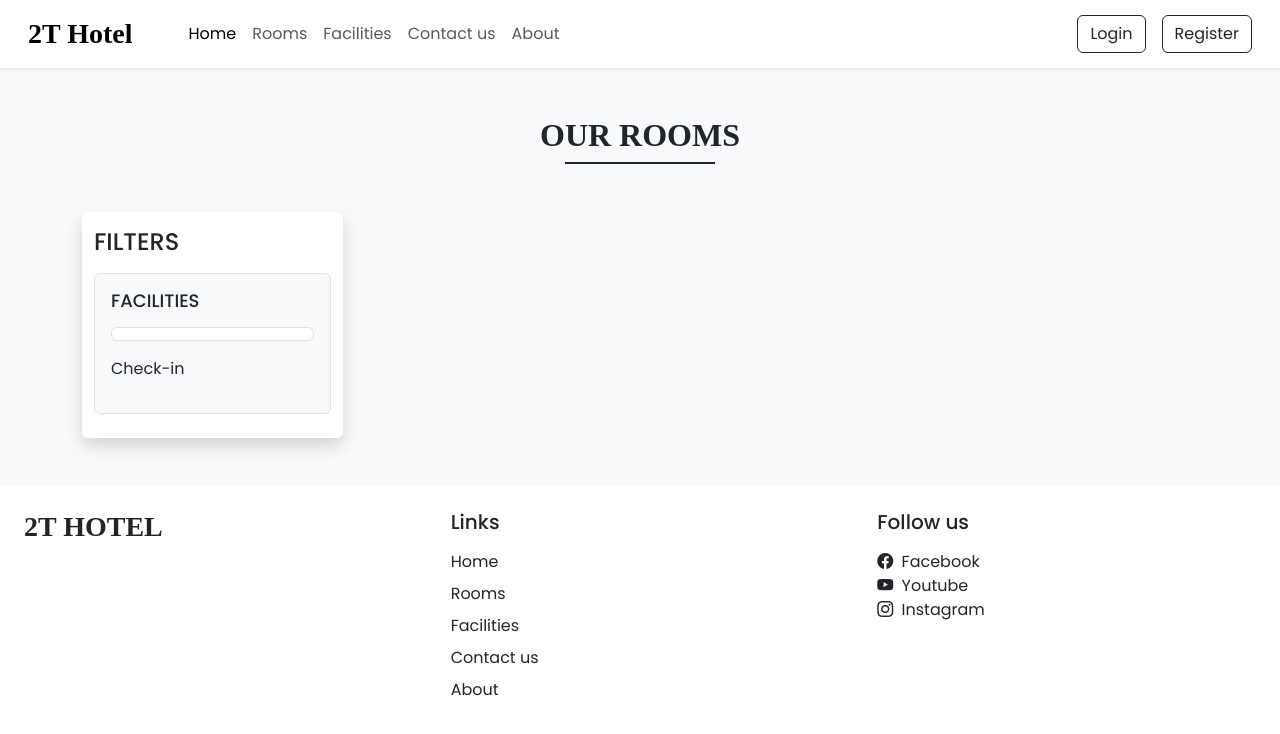
Repository: TaTongThanh2003/DoAnCoSo2024_BookingHotelWebsite
Page: http://localhost/WebsiteBookingHotel/rooms.php
An editor plug-in stored every save of this project. The page is shown before and after the next save, followed by the edit.
The browser window is 1280 px wide. The pictures show the whole page.
Some web fonts or font styles are not loaded; a fallback is used. The page is run by PHP 8.4 with error messages shown; the project is at /var/www/html/.

Above is the page before, as saved 2024-03-22 16:07:10.

After the next save:
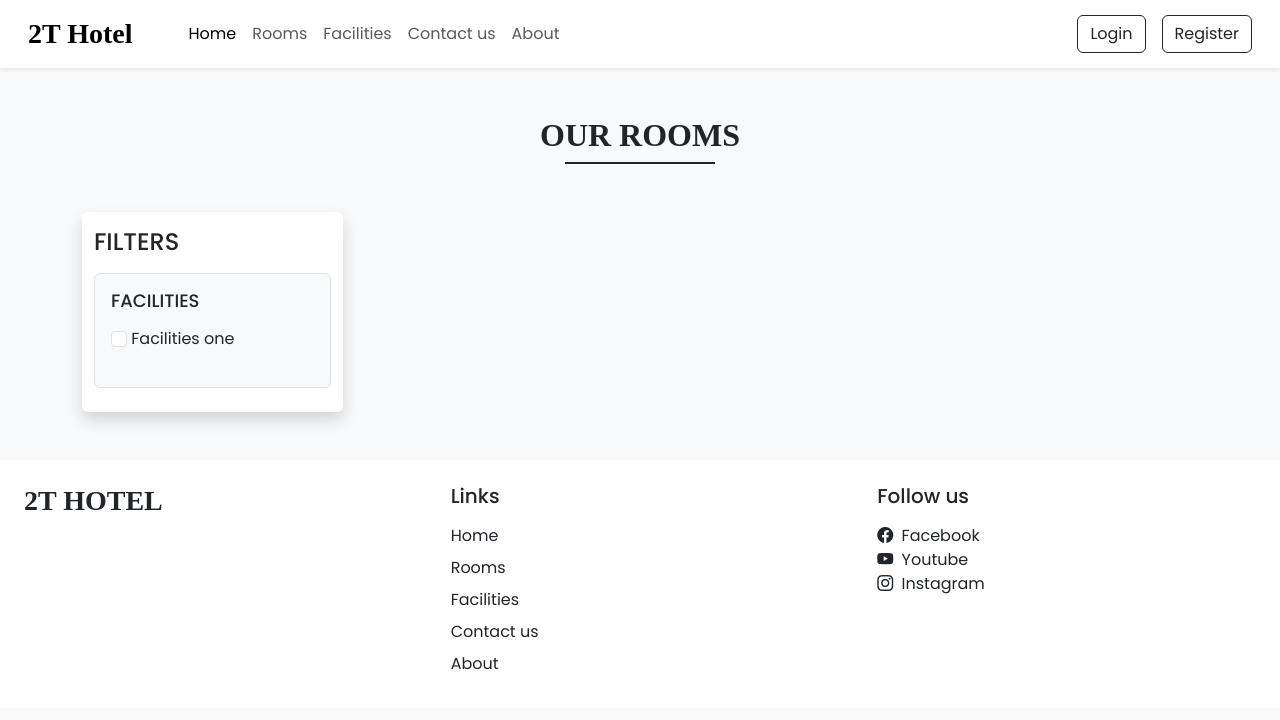
Saved 28 s later.
--- a/WebsiteBookingHotel/rooms.php
+++ b/WebsiteBookingHotel/rooms.php
@@ -47,8 +47,8 @@
                             <div class="border bg-light p-3 rounded mb-3">
                                 <h5 class="mb-3" style="font-size: 18px;">FACILITIES</h5>
                                 <div class="mb-2">
-                                    <input type="checkbox" id="f1" class="form-control shadow-none mb-3">
-                                    <label class="form-label" for="f1">Check-in</label>
+                                    <input type="checkbox" id="f1" class="form-check-input shadow-none mb-3">
+                                    <label class="form-label" for="f1">Facilities one</label>
                                 </div>
                             </div>
                         </div>
